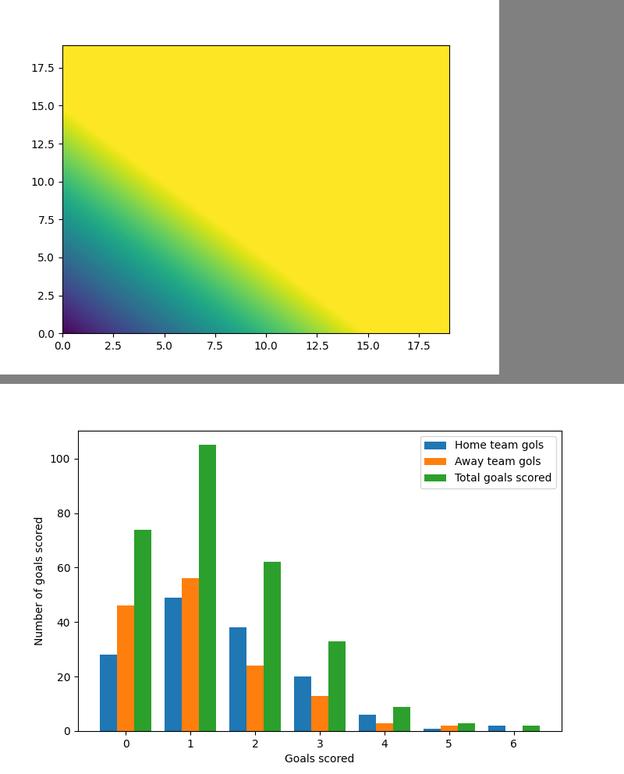
Repository: nelsonalexandrino/python_matplotlib_datavisualization_
Script's output: python Histograms.py
The author's editor kept a copy of each file at every save. The script's output is drawn from the files as they stood at one save, then again after the next save.
The pictures are shown at 78% of full size.
Each picture stacks the figures in order, with grey between them; figures that are only written to a file come last. Random numbers start from a fixed seed.

Above is the script's output before, as saved 2019-08-25 13:11:15.
Error: TypeError: FigureBase.colorbar() missing 1 required positional argument: 'mappable'

### Histograms.py
import matplotlib.pyplot as pyplot
import numpy as np

with open('Goals.txt', 'r') as file:
    HomeTeamGoals = [int(x) for x in file.readline().strip(
        '\n').strip(' ').split(' ')]
    AwayTeamGoals = [int(x) for x in file.readline().strip(
        '\n').strip(' ').split(' ')]


x = np.arange(20)
y = np.arange(20)
data = x[:, None]+y[None, :]

X, Y = np.meshgrid(x, y)
vmin = 0
vmax = 15

# My attempt
fig, ax = pyplot.subplots()
contourf_ = ax.contourf(X, Y, data, 400, vmin=vmin, vmax=vmax)

total_goals = HomeTeamGoals + AwayTeamGoals
pyplot.figure(figsize=(8, 5))
pyplot.hist(x=(HomeTeamGoals, AwayTeamGoals, total_goals), bins=range(8),
            label=['Home team gols', 'Away team gols', 'Total goals scored'], align='left')
pyplot.legend()
pyplot.xlabel('Goals scored')
pyplot.ylabel('Number of goals scored')
pyplot.show()

pyplot.hist2d(x=HomeTeamGoals, y=AwayTeamGoals, bins=(range(8), range(7)))
pyplot.figure(figsize=(8, 5)).colorbar()

pyplot.xlabel('Home team goals')
pyplot.ylabel('Away team goals')
pyplot.colorbar(contourf_)
pyplot.show()

### Goals.txt
6 0 2 1 2 1 2 2 2 0 1 3 0 3 1 0 4 1 3 3 6 2 0 0 4 1 2 1 1 0 1 3 0 1 1 1 3 1 3 0 2 2 2 1 2 2 1 2 1 2 1 2 4 0 1 1 2 2 2 0 2 2 0 0 2 3 2 2 3 0 3 3 0 1 0 0 2 1 1 3 1 3 1 1 0 2 0 3 3 3 2 0 0 1 4 1 0 2 1 1 2 2 0 2 1 1 2 3 1 4 4 1 2 2 2 1 0 0 5 1 1 1 0 1 1 0 2 1 3 2 1 1 1 0 1 1 3 2 1 3 1 2 1 1
0 2 1 0 0 1 1 1 2 2 0 1 2 1 0 0 4 2 0 1 0 1 4 0 1 3 0 1 0 2 5 0 0 1 3 2 1 0 3 1 3 0 1 1 1 1 1 2 0 0 2 0 0 0 1 1 2 1 1 0 1 1 1 3 0 1 1 1 3 3 1 0 0 3 2 0 0 3 2 0 0 0 1 0 3 5 2 2 1 1 3 0 1 0 2 2 1 2 2 4 1 1 0 2 1 1 1 1 3 1 0 1 1 1 3 1 2 0 0 1 0 0 1 0 0 1 2 0 1 0 1 1 0 1 2 1 0 1 2 0 1 0 1 2

After the next save:
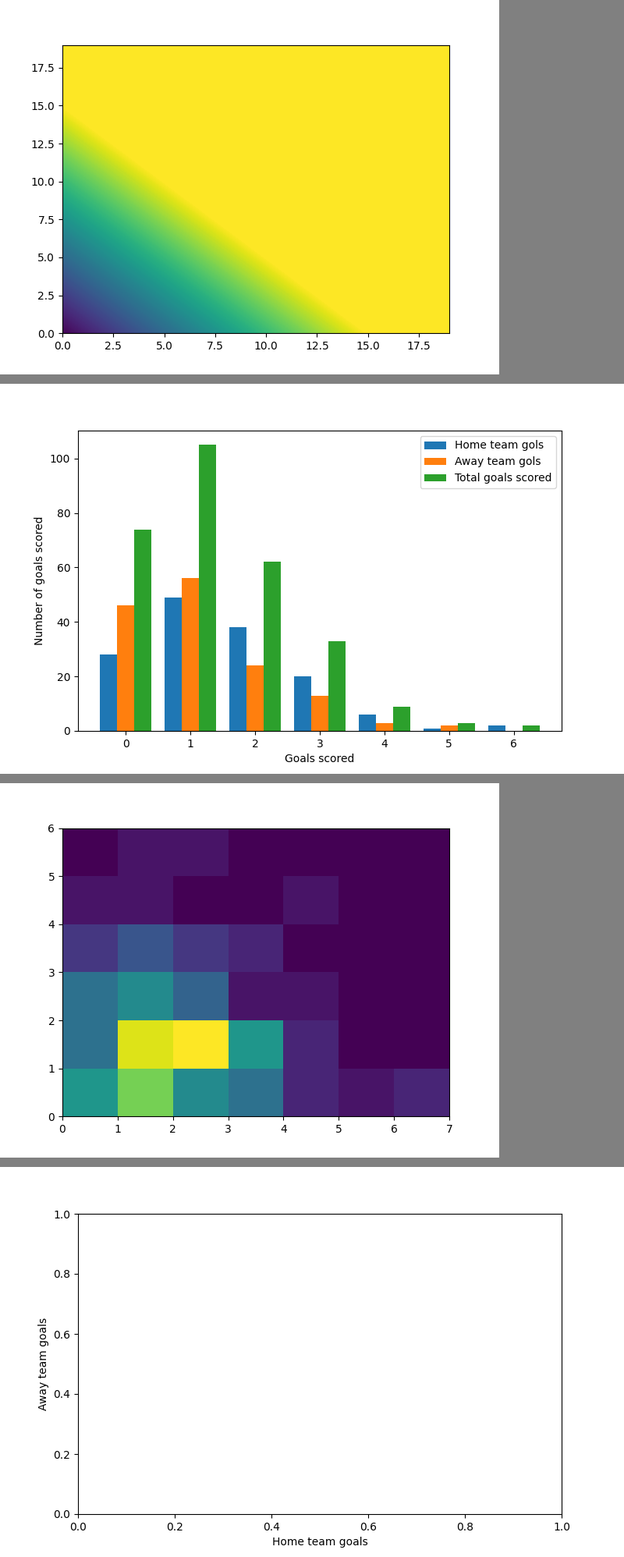
The error is gone.
Saved 22 s later.
--- a/Histograms.py
+++ b/Histograms.py
@@ -30,9 +30,9 @@ pyplot.ylabel('Number of goals scored')
 pyplot.show()
 
 pyplot.hist2d(x=HomeTeamGoals, y=AwayTeamGoals, bins=(range(8), range(7)))
-pyplot.figure(figsize=(8, 5)).colorbar()
+pyplot.figure(figsize=(8, 5)).colorbar(contourf_)
 
 pyplot.xlabel('Home team goals')
 pyplot.ylabel('Away team goals')
-pyplot.colorbar(contourf_)
+# pyplot.colorbar(contourf_)
 pyplot.show()
